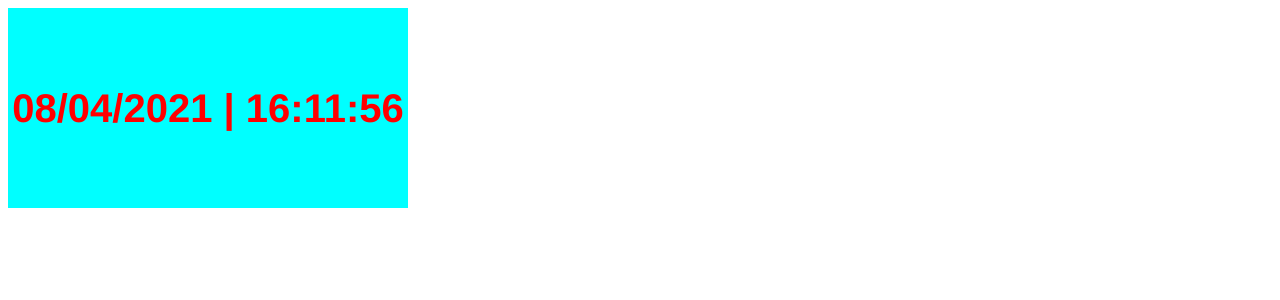
Repository: Widzisz/zadania-JavaScript
Page: www/index.html
These files come from the project's save history. The page is drawn as it stood at one moment and after the next save; the edit follows.
The browser window is 1280 px wide. The pictures show the whole page.

Above is the page before, as saved 2021-04-08 18:33:04.

After the next save:
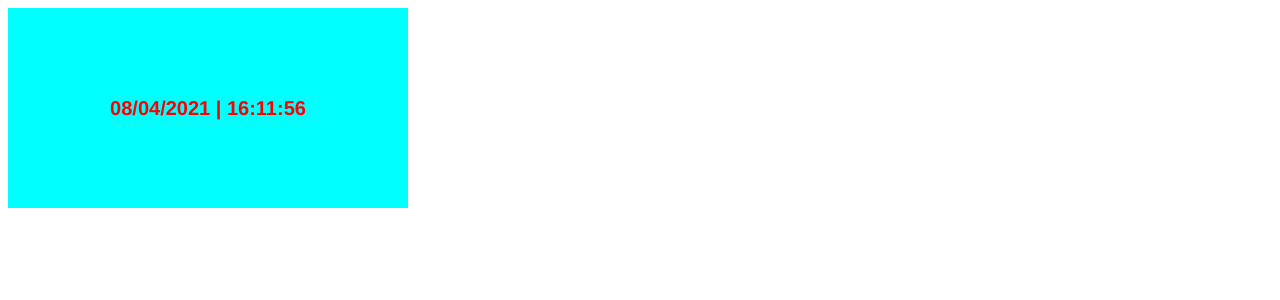
Saved 5 s later.
--- a/www/main.css
+++ b/www/main.css
@@ -10,7 +10,7 @@
 
 #zegar {
     font-family: 'Franklin Gothic Medium', 'Arial Narrow', Arial, sans-serif;
-    font-size: 2em;
+    font-size: 1em;
     font-weight: bold;
     color: red;
 
